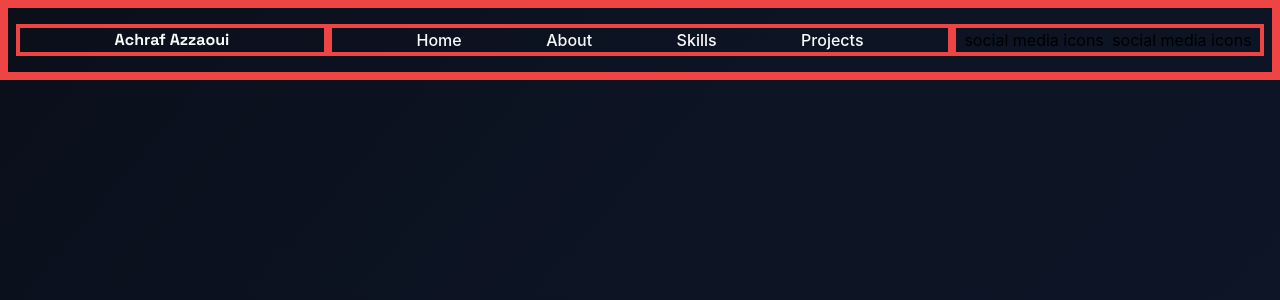
Repository: AchrafAzzaoui/Portfolio-Website
Page: / (app in achrafs-portfolio/)
An editor plug-in stored every save of this project. The page is shown before and after the next save, followed by the edit.
The browser window is 1280 px wide. The pictures show the whole page.
Some web fonts or font styles are not loaded; a fallback is used. The project was rebuilt for these pictures with package versions that can differ from the ones it lists, and the page was loaded fresh each time. Also part of the build but not shown: achrafs-portfolio/vite.config.ts.

Above is the page before, as saved 2025-01-02 21:32:41.

### achrafs-portfolio/index.html
<!DOCTYPE html>
<html lang="en">
  <head>
    <meta charset="UTF-8" />
    <link rel="icon" type="image/svg+xml" href="/vite.svg" />
    <meta name="viewport" content="width=device-width, initial-scale=1.0" />
    <!-- Inter for body text -->
    <link rel="preconnect" href="https://rsms.me/" />
    <link rel="stylesheet" href="https://rsms.me/inter/inter.css" />

    <!-- Space Grotesk for headlines -->
    <link rel="preconnect" href="https://fonts.googleapis.com" />
    <link rel="preconnect" href="https://fonts.gstatic.com" crossorigin />
    <link
      href="https://fonts.googleapis.com/css2?family=Space+Grotesk:wght@500;600;700&display=swap"
      rel="stylesheet"
    />
    <title>Achraf's Portfolio Website</title>
  </head>
  <body>
    <div id="root"></div>
    <script type="module" src="/src/main.tsx"></script>
  </body>
</html>

### achrafs-portfolio/src/index.css
@tailwind base;
@tailwind components;
@tailwind utilities;
@tailwind base;
@tailwind components;
@tailwind utilities;

@layer base {
  * {
    margin: 0;
    padding: 0;
    box-sizing: border-box;
  }

  html {
    scroll-behavior: smooth;
  }

  body {
    @apply font-sans antialiased;
  }

  ul,
  ol {
    list-style: none;
  }

  a {
    text-decoration: none;
    color: inherit;
  }

  img {
    max-width: 100%;
    height: auto;
  }

  button {
    background: none;
    border: none;
    cursor: pointer;
  }
}

### achrafs-portfolio/src/App.tsx
import "./index.css";
import Header from "./components/layout/Header.tsx";
export default function App() {
  return (
    <div className="min-h-screen bg-gradient-dark">
      <Header />
    </div>
  );
}

### achrafs-portfolio/src/components/layout/Header.tsx
import { useState } from "react";

export default function Header() {
  const [isMenuOpen, setIsMenuOpen] = useState(false);

  return (
    <header className="px-2 py-4 border-8 border-red-500">
      <nav className="flex ">
        <div className="basis-1/4 flex-auto flex justify-center align-middle font-display font-bold text-dark-text-primary border-4 border-red-500">
          <h2>Achraf Azzaoui</h2>
        </div>
        <div className="basis-2/4 flex-auto flex justify-evenly align-middle border-4 border-red-500">
          <a
            href="#home"
            className="font-sans font-medium text-dark-text-primary"
          >
            Home
          </a>
          <a
            href="#about"
            className="font-sans font-medium text-dark-text-primary"
          >
            About
          </a>
          <a
            href="#skills"
            className="font-sans font-medium text-dark-text-primary"
          >
            Skills
          </a>
          <a
            href="#projects"
            className="font-sans font-medium text-dark-text-primary"
          >
            Projects
          </a>
        </div>
        <div className="basis-1/4 flex-auto flex justify-evenly align-middle border-4 border-red-500">
          <h1>social media icons</h1>
          <h1>social media icons</h1>
        </div>
      </nav>
    </header>
  );
}

### achrafs-portfolio/tailwind.config.js
/** @type {import('tailwindcss').Config} */
const defaultTheme = require("tailwindcss/defaultTheme");

export default {
  content: ["./index.html", "./src/**/*.{js,ts,jsx,tsx}"],
  theme: {
    extend: {
      backgroundImage: {
        "gradient-dark":
          "linear-gradient(130deg, #0A0F1A 0%, #0C1322 40%, #0E1628 100%)",
        "gradient-light":
          "linear-gradient(130deg, #F8FAFC 0%, #EEF2F6 40%, #E2E8F0 100%)", // Light theme gradient
      },
      colors: {
        // Dark theme
        dark: {
          text: {
            primary: "#F8FAFC", // Almost white
            secondary: "#94A3B8", // Lighter gray
            muted: "#64748B", // Muted gray
          },
        },
        // Light theme
        light: {
          text: {
            primary: "#0F172A", // Very dark blue/gray
            secondary: "#334155", // Dark gray
            muted: "#64748B", // Same as dark for balance
          },
        },
      },
      fontFamily: {
        sans: ["Inter", ...defaultTheme.fontFamily.sans],
        display: ["Space Grotesk", ...defaultTheme.fontFamily.sans],
      },
    },
  },
  plugins: [],
};

Loaded but not shown: achrafs-portfolio/src/main.tsx (common file)

After the next save:
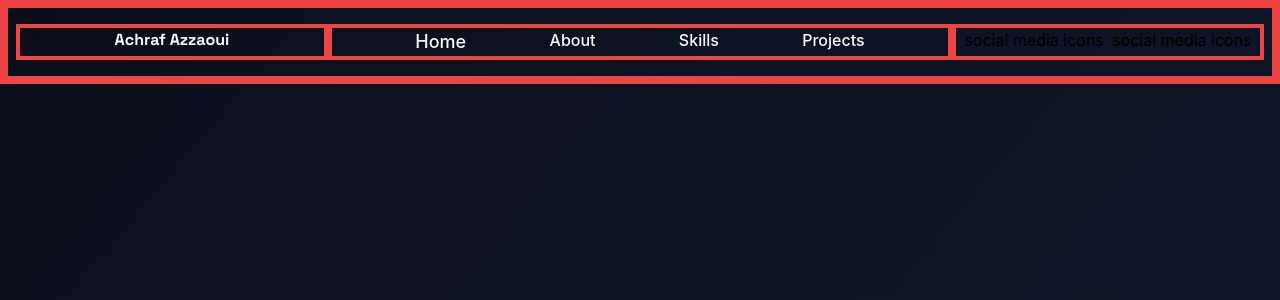
Saved 2 min 5 s later.
--- a/achrafs-portfolio/src/components/layout/Header.tsx
+++ b/achrafs-portfolio/src/components/layout/Header.tsx
@@ -12,7 +12,7 @@ export default function Header() {
         <div className="basis-2/4 flex-auto flex justify-evenly align-middle border-4 border-red-500">
           <a
             href="#home"
-            className="font-sans font-medium text-dark-text-primary"
+            className="font-sans font-medium text-dark-text-primary text-lg"
           >
             Home
           </a>
